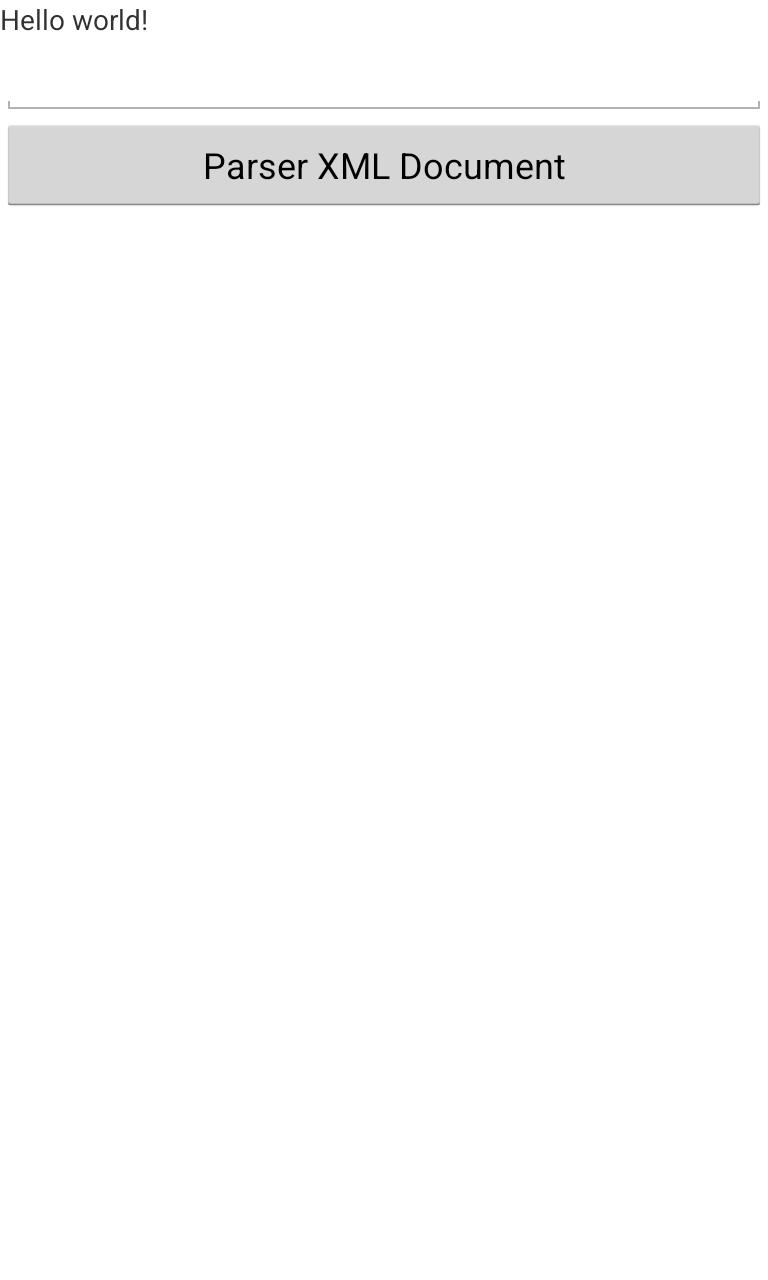
Repository: ChenLongAHXC/AndroidPractice
Layout: ParserXML/res/layout/activity_main.xml
An editor plug-in stored every save of this project. The layout is shown before and after the next save, followed by the edit.
It is drawn on a 768 x 1280 px phone screen (xhdpi) without system bars, with theme AppTheme; the app's code is not run.

Above is the layout before, as saved 2014-03-12 13:37:16.

After the next save:
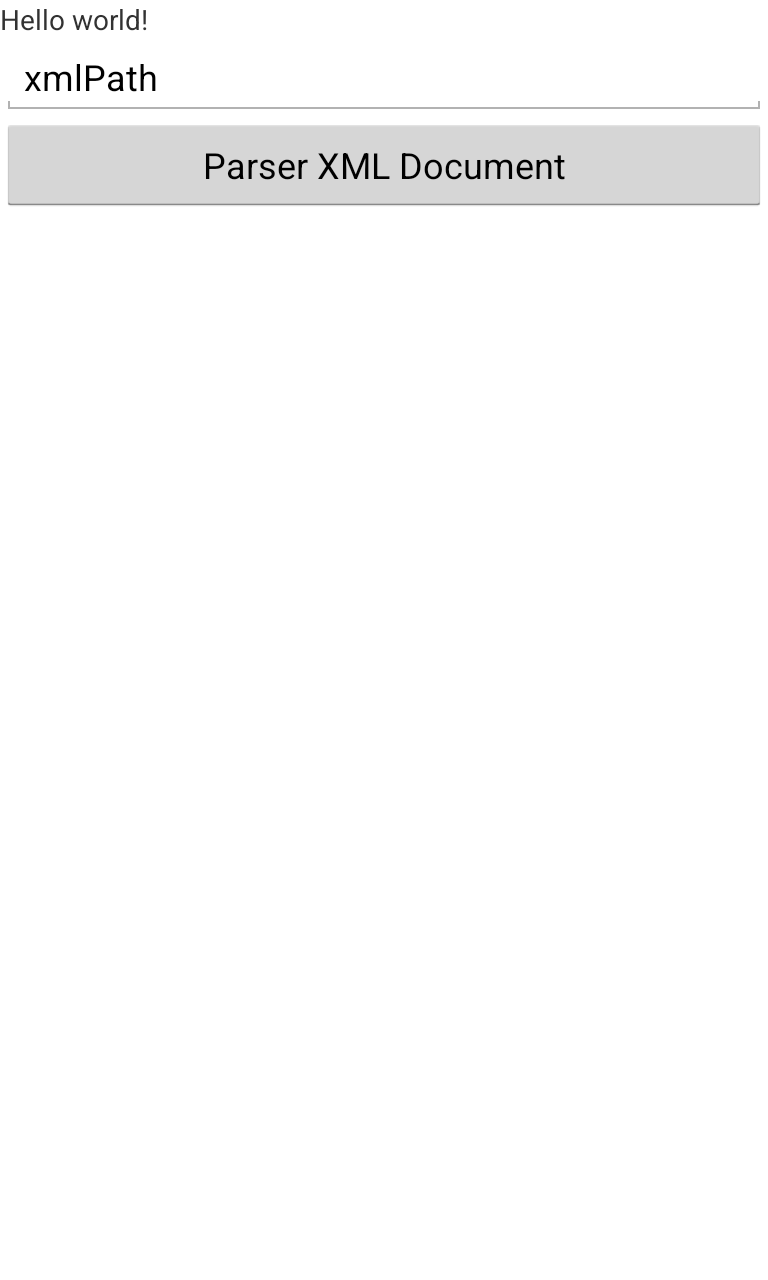
Saved 8 s later.
--- a/ParserXML/res/layout/activity_main.xml
+++ b/ParserXML/res/layout/activity_main.xml
@@ -11,7 +11,8 @@
     <EditText
         android:id="@+id/xmlPath"
 	    android:layout_width="fill_parent"
-        android:layout_height="wrap_content"/>
+        android:layout_height="wrap_content"
+        android:text="@string/xmlPath" />
 	<Button
 	    android:id="@+id/parserXML"
 	    android:layout_width="fill_parent"
